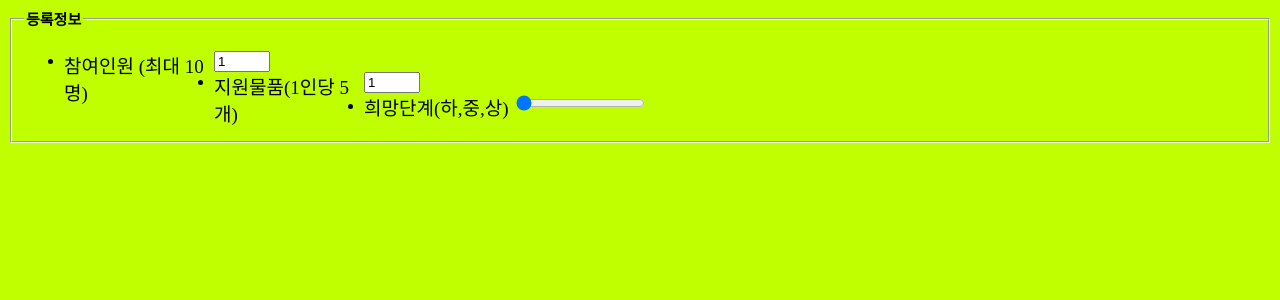
Repository: ygs3004/StudyHTML_CSS
Page: web project 01/src/main/webapp/chapter05/exam05_06.html
The author's editor kept a copy of each file at every save. The page is drawn from the files as they stood at one save, then again after the next save.
The browser window is 1280 px wide. The pictures show the whole page.

Above is the page before, as saved 2022-08-05 03:59:49.

After the next save:
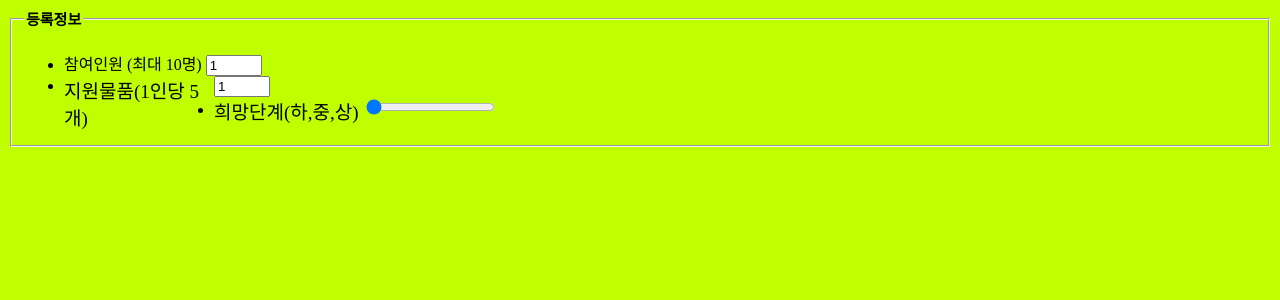
Saved 8 s later.
--- a/web project 01/src/main/webapp/chapter05/exam05_06.html
+++ b/web project 01/src/main/webapp/chapter05/exam05_06.html
@@ -25,7 +25,7 @@
 		<fieldset>
 		<legend>등록정보</legend>
 			<ul>
-				<li><label class="reg" for="member">참여인원 (최대 10명)</label>
+				<li><label for="member">참여인원 (최대 10명)</label>
 				<input type="number" id="member" value="1" min="0" max="10" step="1"></li>
 				<li><label class="reg" for="stuffs">지원물품(1인당 5개)</label>
 				<input type="number" id="stuffs" value="1" min="0" max="50" step="5"></li>

After the save that followed:
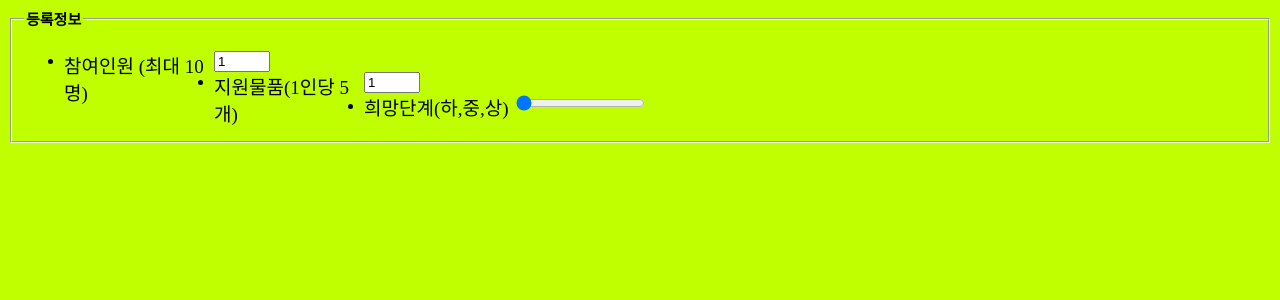
Saved 24 s later.
--- a/web project 01/src/main/webapp/chapter05/exam05_06.html
+++ b/web project 01/src/main/webapp/chapter05/exam05_06.html
@@ -25,7 +25,7 @@
 		<fieldset>
 		<legend>등록정보</legend>
 			<ul>
-				<li><label for="member">참여인원 (최대 10명)</label>
+				<li><label class="reg" for="member">참여인원 (최대 10명)</label>
 				<input type="number" id="member" value="1" min="0" max="10" step="1"></li>
 				<li><label class="reg" for="stuffs">지원물품(1인당 5개)</label>
 				<input type="number" id="stuffs" value="1" min="0" max="50" step="5"></li>
